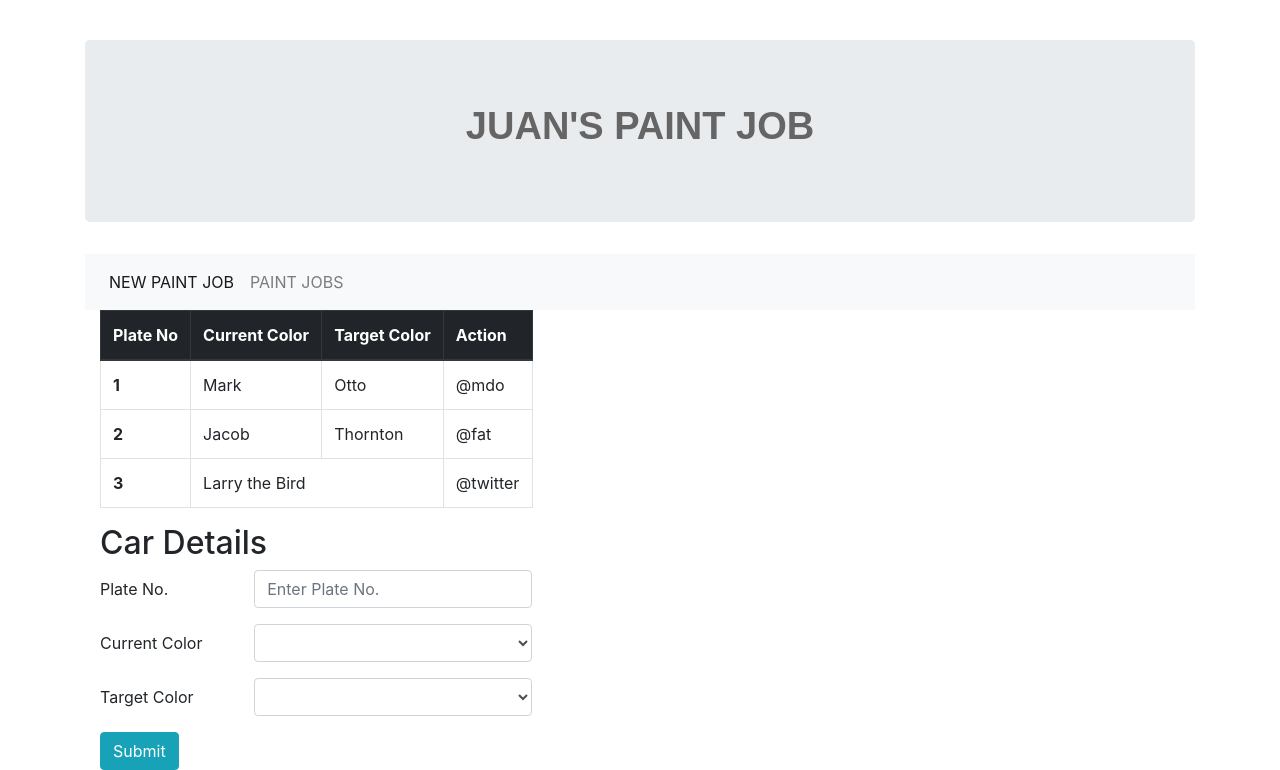
Repository: soycaringal/paint-job
Page: resources/views/welcome.blade.php
An editor plug-in stored every save of this project. The page is shown before and after the next save, followed by the edit.
The browser window is 1280 px wide. The pictures show the whole page.
The page is served by the project's Laravel application, run on PHP 8.4 with Laravel 8. The template is opened directly, without the code that normally fills it, so the values that code supplies are empty.

Above is the page before, as saved 2020-02-22 20:45:29.

After the next save:
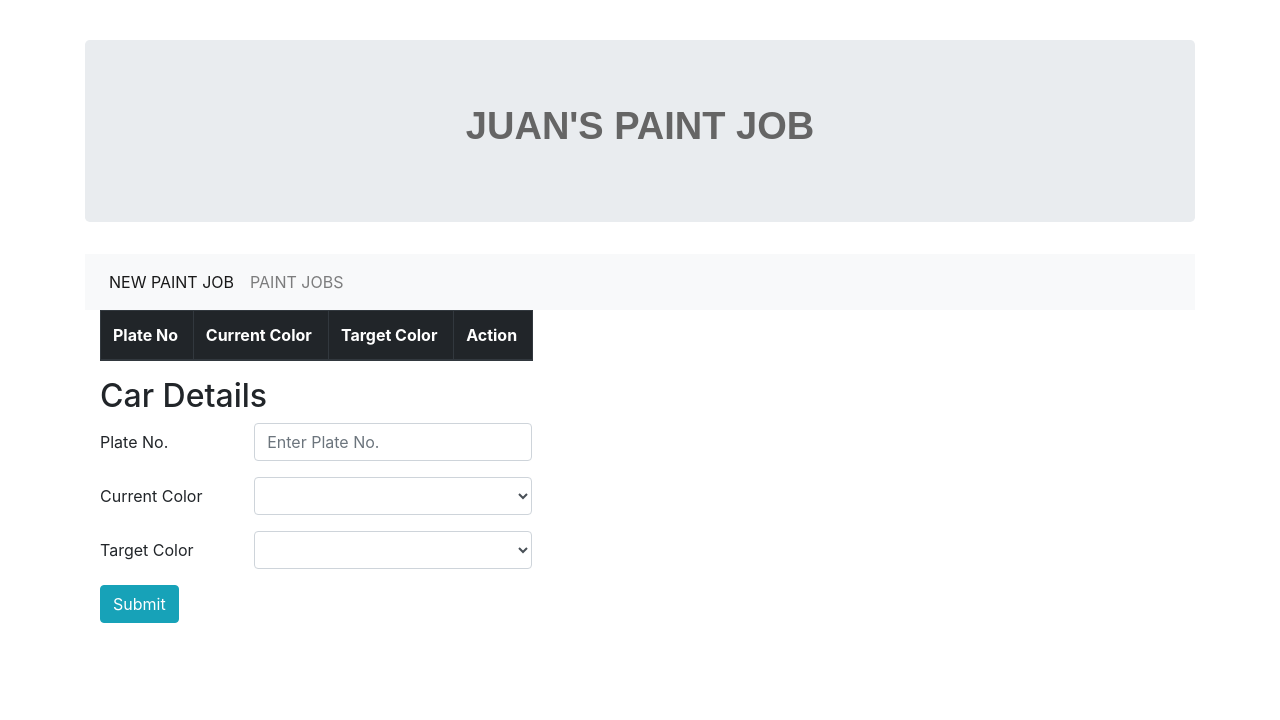
Saved 48 s later.
--- a/resources/views/welcome.blade.php
+++ b/resources/views/welcome.blade.php
@@ -49,24 +49,8 @@
                                     <th scope="col">Action</th>
                                 </tr>
                             </thead>
-                            <tbody>
-                                <tr>
-                                    <th scope="row">1</th>
-                                    <td>Mark</td>
-                                    <td>Otto</td>
-                                    <td>@mdo</td>
-                                </tr>
-                                <tr>
-                                    <th scope="row">2</th>
-                                    <td>Jacob</td>
-                                    <td>Thornton</td>
-                                    <td>@fat</td>
-                                </tr>
-                                <tr>
-                                    <th scope="row">3</th>
-                                    <td colspan="2">Larry the Bird</td>
-                                    <td>@twitter</td>
-                                </tr>
+                            <tbody class="car-in-progress">
+
                             </tbody>
                         </table>
                     </div>
